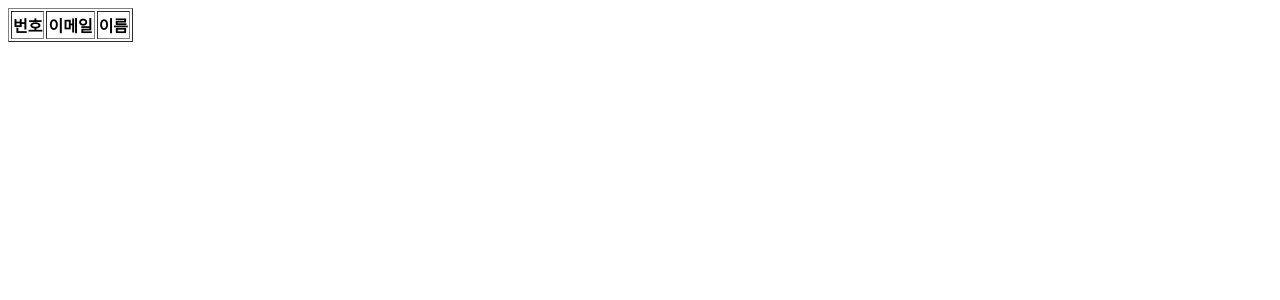
Repository: disterbia/jsp
Page: http://localhost/Script/info.jsp
These files come from the project's save history. The page is drawn as it stood at one moment and after the next save; the edit follows.
The browser window is 1280 px wide. The pictures show the whole page.
The page is served by Tomcat 9.

Above is the page before, as saved 2019-10-07 01:39:13.

### Script/WebContent/info.jsp
<%@page import="java.util.ArrayList"%>
<%@page import="model.User"%>
<%@ page language="java" contentType="text/html; charset=EUC-KR"
	pageEncoding="EUC-KR"%>
<!DOCTYPE html>
<html>
<head>
<meta charset="EUC-KR">
<title>Insert title here</title>
</head>
<body>
	<%
		User u1 = new User(1, "ssar@nate.com", "쌀");
		User u2 = new User(2, "love@nate.com", "사랑이");
		User u3 = new User(3, "joe@nate.com", "조이");
		User u4 = new User(4, "yaso@nate.com", "야스오");
		User u5 = new User(5, "hong@nate.com", "홍길동");

		ArrayList<User> list = new ArrayList<>();
		list.add(u1);
		list.add(u2);
		list.add(u3);
		list.add(u4);
		list.add(u5);
	%>

	<table border="1">
		<tr>
			<th>번호</th>
			<th>이메일</th>
			<th>이름</th>
		</tr>
	</table>
</body>
</html>

### Script/src/model/User.java
package model;

public class User {
	private int id;
	private String email;
	private String name;

	public User() {

	}

	public User(int id, String email, String name) {
		super();
		this.id = id;
		this.email = email;
		this.name = name;
	}

	public int getId() {
		return id;
	}
	public void setId(int id) {
		this.id = id;
	}
	public String getEmail() {
		return email;
	}
	public void setEmail(String email) {
		this.email = email;
	}
	public String getName() {
		return name;
	}
	public void setName(String name) {
		this.name = name;
	}


}

After the next save:
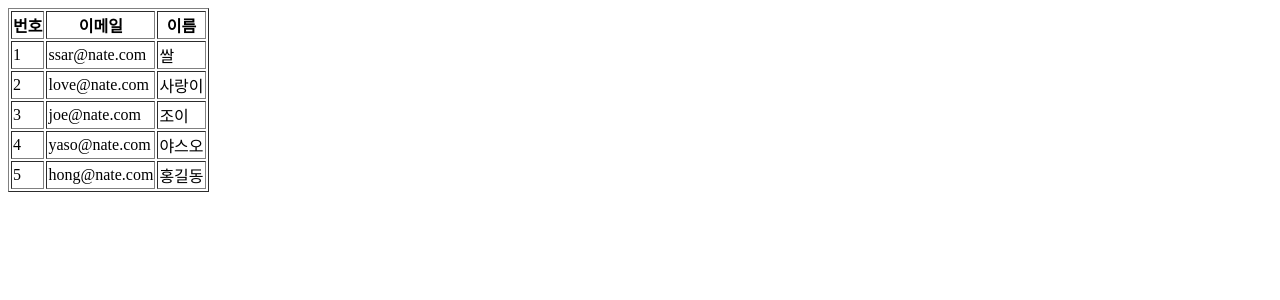
Saved 6 min 44 s later.
--- a/Script/WebContent/info.jsp
+++ b/Script/WebContent/info.jsp
@@ -30,6 +30,14 @@
 			<th>이메일</th>
 			<th>이름</th>
 		</tr>
+		<% for(int i = 0;i<list.size();i++){%>
+		<tr>
+		<td><%= list.get(i).getId() %></td>
+		<td><%= list.get(i).getEmail() %></td>
+		<td><%= list.get(i).getName() %></td>
+		</tr>
+		<% }%>
+
 	</table>
 </body>
 </html>
